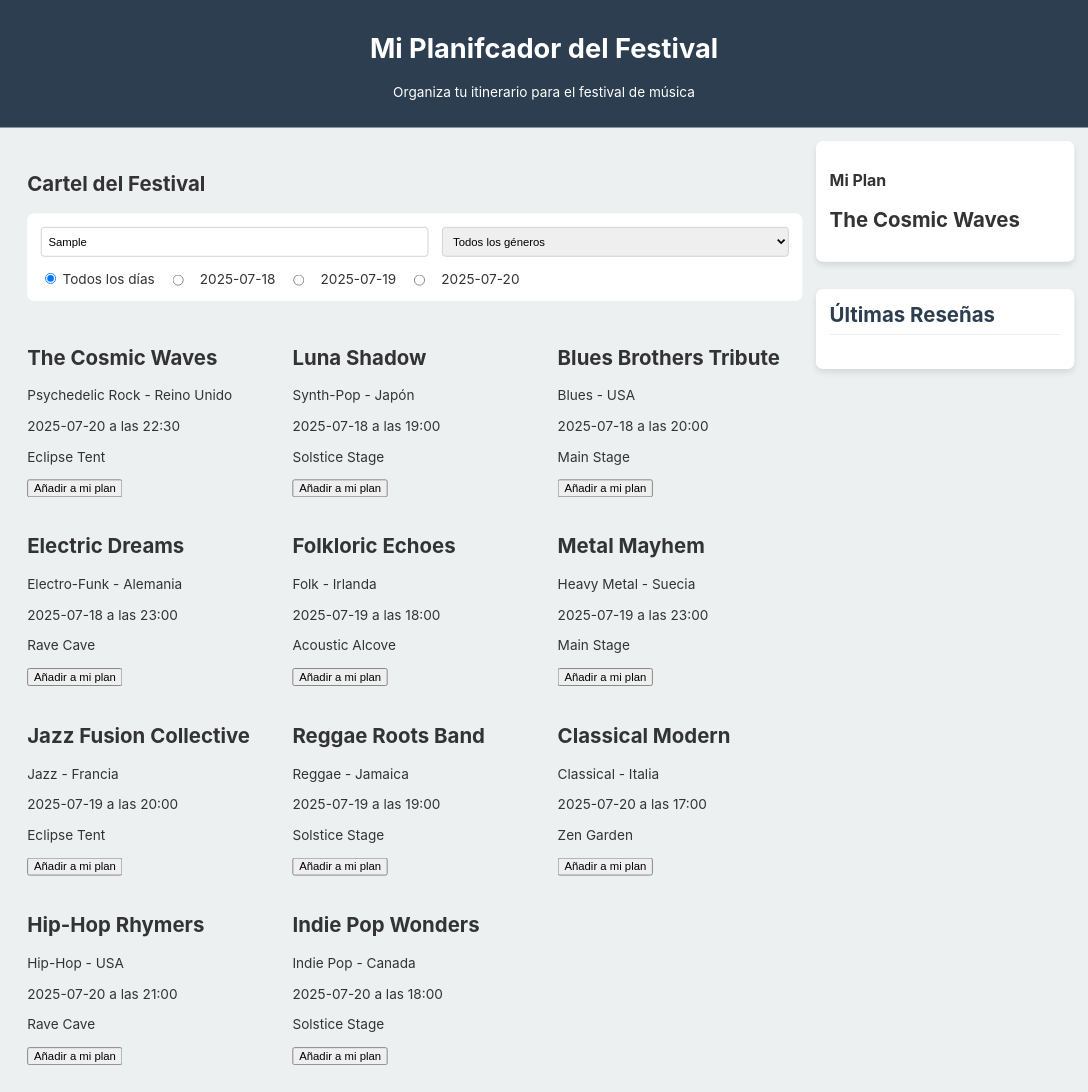
Repository: covaa15/DWEC
Page: Examen12_12_2025/index.html
An editor plug-in stored every save of this project. The page is shown before and after the next save, followed by the edit.
The browser window is 1280 px wide. The pictures show the whole page, at 85% of full size.
Empty fields were first filled with sample values (such as "Sample", 5 or name@example.com).
After loading, the first visible `#a1` was clicked once.

Above is the page before, as saved 2025-12-12 13:23:15.

After the next save:
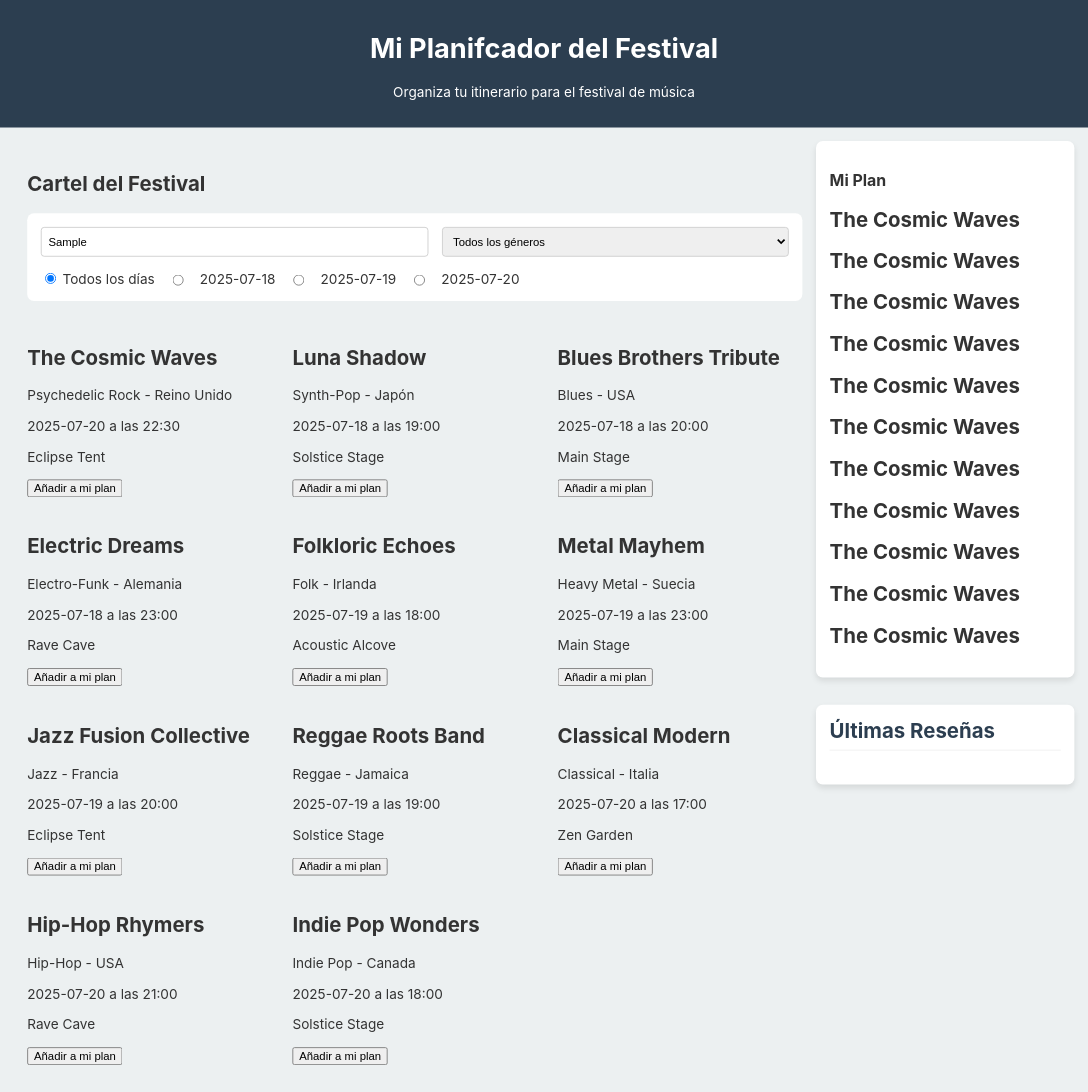
Saved 15 s later.
--- a/Examen12_12_2025/js/main.js
+++ b/Examen12_12_2025/js/main.js
@@ -166,7 +166,7 @@ function activarBotones(){
     document.querySelectorAll("button").forEach(btn => {
         btn.addEventListener("click", () => {
             let artista=obtenerArtista(btn.id);
-            listaPlanes.innerHTML=`
+            listaPlanes.innerHTML+=`
             <h1>${artista.nombre}</h1>
             `
 
